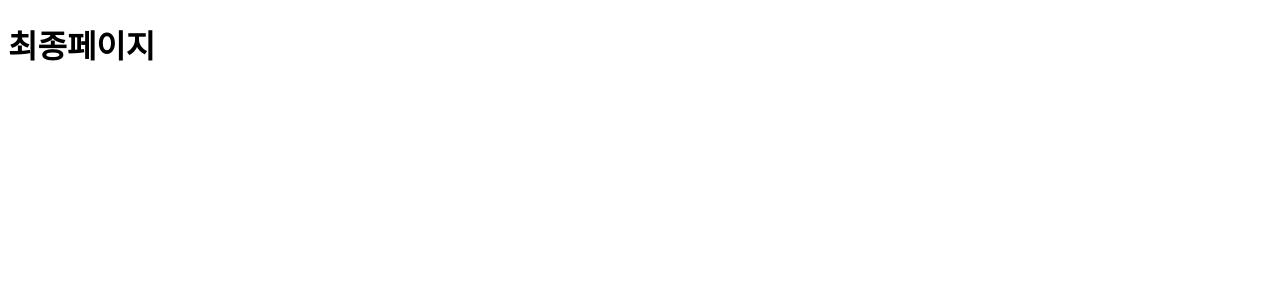
Repository: 2hundred2ne2/bit
Page: http://localhost/First_Web/responce/result.jsp
These files come from the project's save history. The page is drawn as it stood at one moment and after the next save; the edit follows.
The browser window is 1280 px wide. The pictures show the whole page.
The page is served by Tomcat 9.

Above is the page before, as saved 2020-12-17 08:36:56.

After the next save:
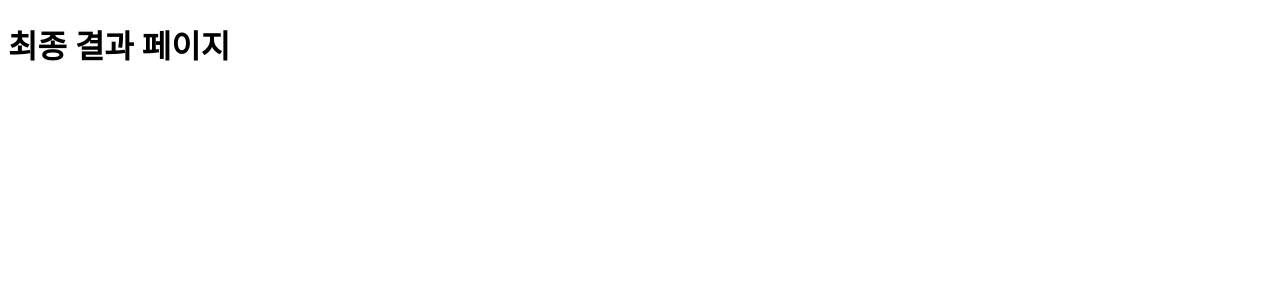
Saved 109 s later.
--- a/JSP_PROJECT/First_Web/WebContent/responce/result.jsp
+++ b/JSP_PROJECT/First_Web/WebContent/responce/result.jsp
@@ -4,11 +4,11 @@
 <html>
 <head>
 <meta charset="UTF-8">
-<title>최종결과페이지</title>
+<title>최종 결과 페이지</title>
 </head>
 <body>
 
-<h1>최종페이지</h1>
+	<h1>최종 결과 페이지</h1>
 
 </body>
 </html>
